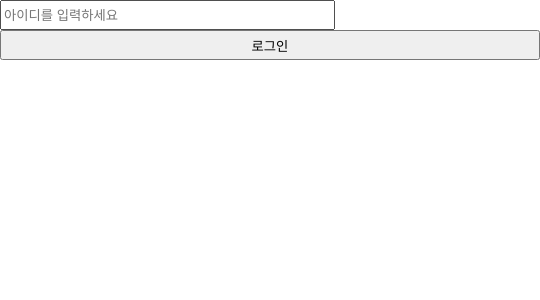
Repository: mekeyace/portfolio
Page: http://localhost/web/mobile.jsp
The author's editor kept a copy of each file at every save. The page is drawn from the files as they stood at one save, then again after the next save.
The browser window is 375 px wide. The page is 540 px wide, then 375 px, so the pictures cover 540 px, including what lies to the right of the window. The pictures show the whole page.
The page is served by Tomcat 9.

Above is the page before, as saved 2023-06-22 06:07:47.

After the next save:
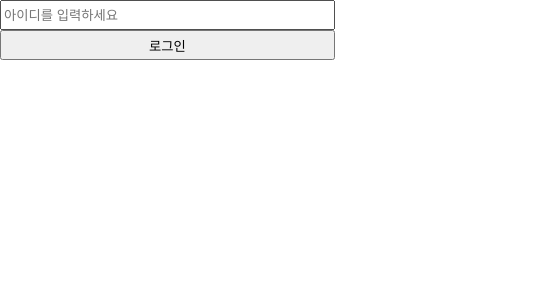
Saved 4 s later.
--- a/maven/web/src/main/webapp/mobile.jsp
+++ b/maven/web/src/main/webapp/mobile.jsp
@@ -31,7 +31,7 @@ box-sizing: border-box;
 width:calc(100% - 40px);
 }
 .btn{
-width:540px;
+width : calc(100% - 40px);
 }
 }
 
